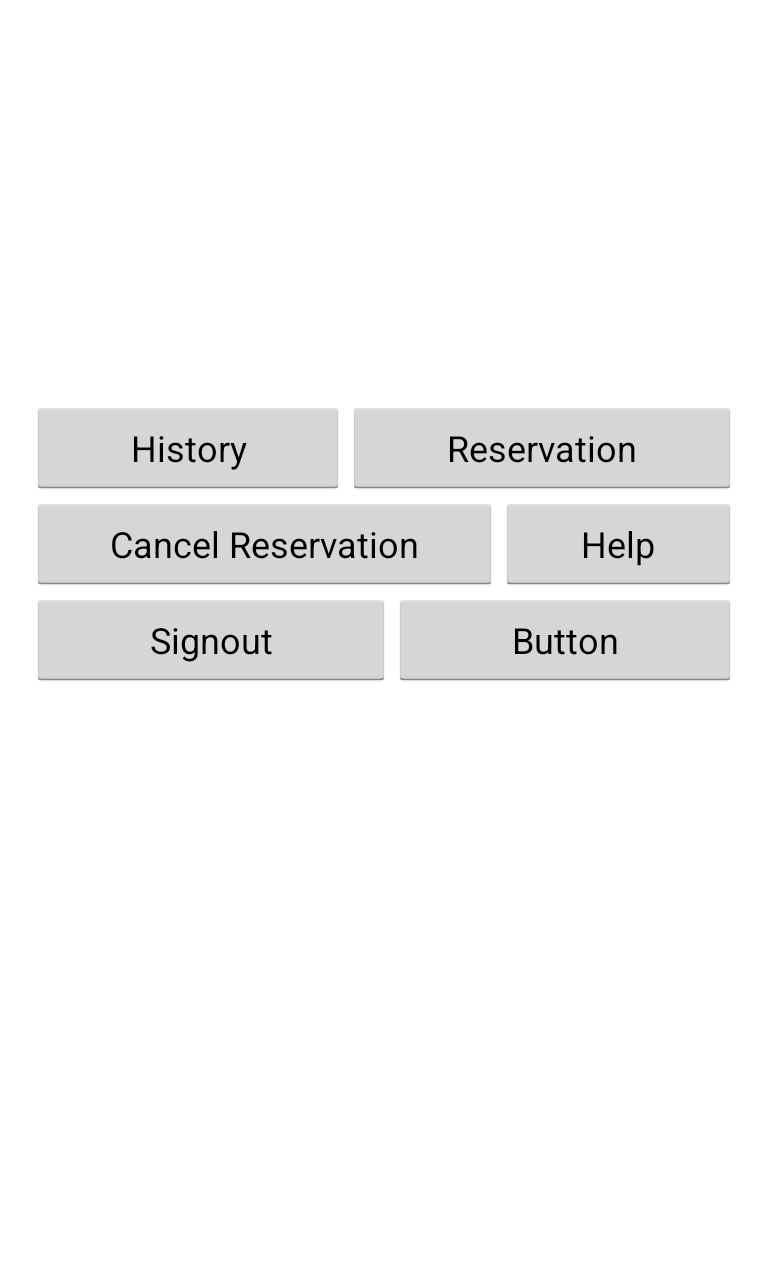
Repository: AungWinnHtut/MScAnd
Layout: com.example.com.engineer4myanmar.rtrs.MainActivity/res/layout/activity_main.xml
An editor plug-in stored every save of this project. The layout is shown before and after the next save, followed by the edit.
It is drawn on a 768 x 1280 px phone screen (xhdpi) without system bars, with theme AppTheme; the app's code is not run.

Above is the layout before, as saved 2015-06-21 06:59:58.

After the next save:
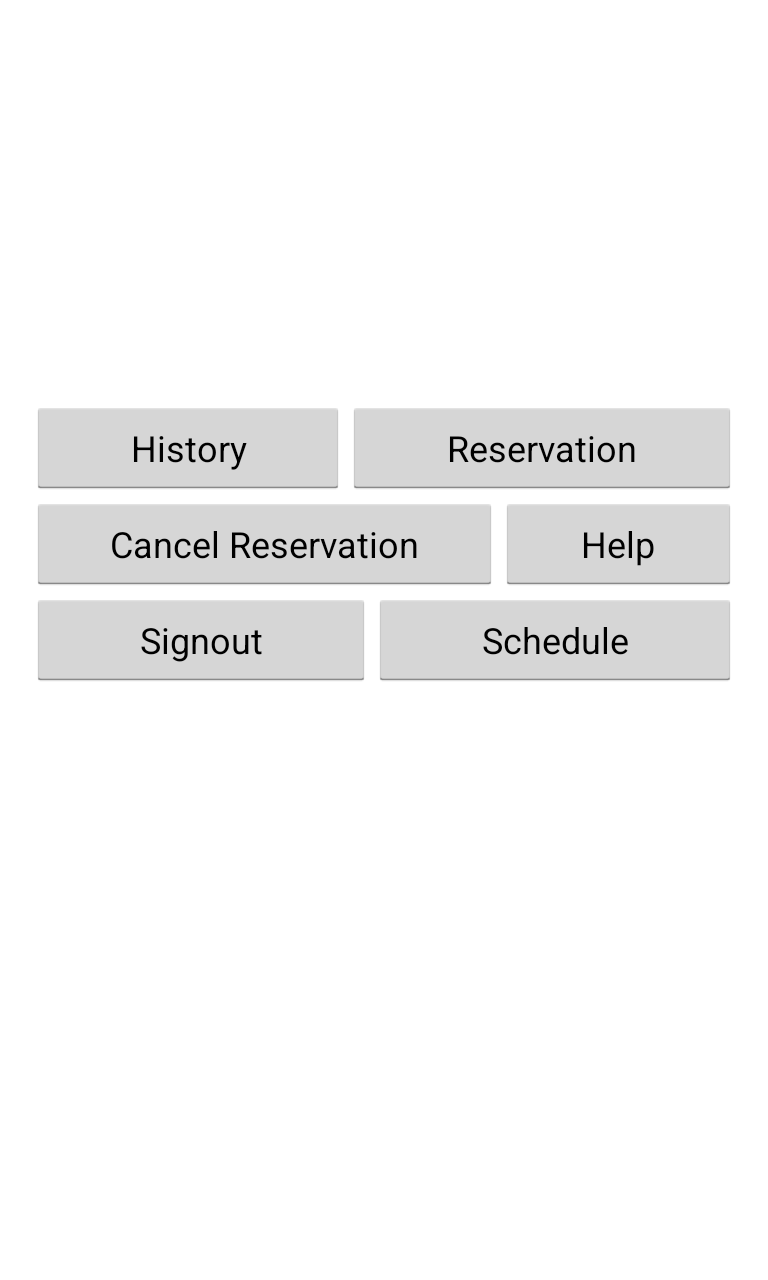
Saved 18 s later.
--- a/com.example.com.engineer4myanmar.rtrs.MainActivity/res/layout/activity_main.xml
+++ b/com.example.com.engineer4myanmar.rtrs.MainActivity/res/layout/activity_main.xml
@@ -69,11 +69,11 @@
             android:text="Signout" />
 
         <Button
-            android:id="@+id/button6"
+            android:id="@+id/btnSchedule"
             android:layout_width="wrap_content"
             android:layout_height="wrap_content"
             android:layout_weight="1"
-            android:text="Button" />
+            android:text="Schedule" />
 
     </LinearLayout>
 
